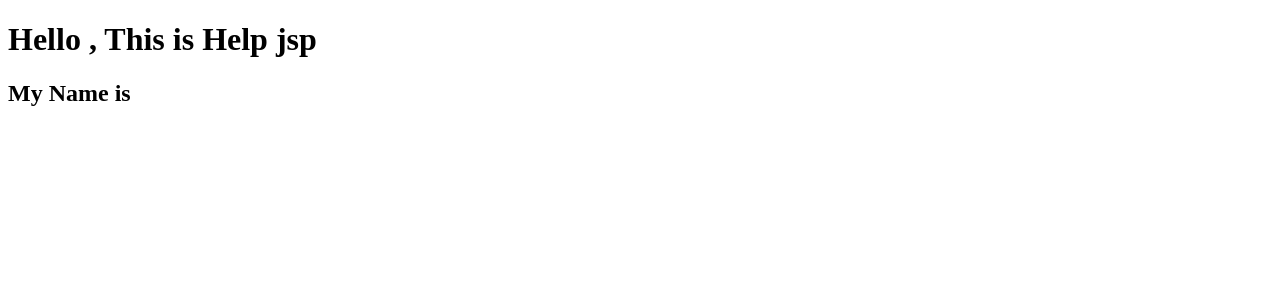
Repository: ashwin2-0/MineEclipseProjects
Page: http://localhost/springMVC/help
An editor plug-in stored every save of this project. The page is shown before and after the next save, followed by the edit.
The browser window is 1280 px wide. The pictures show the whole page.
The page is served by Tomcat 9. Other server files are loaded and not shown.

Above is the page before, as saved 2025-04-10 18:52:31.

### Spring_Core/SpringMVC/springMVC/src/main/webapp/WEB-INF/spring-servlet.xml
<?xml version="1.0" encoding="UTF-8"?>
<beans xmlns="http://www.springframework.org/schema/beans"
	xmlns:xsi="http://www.w3.org/2001/XMLSchema-instance"
	xmlns:p="http://www.springframework.org/schema/p"
	xmlns:context="http://www.springframework.org/schema/context"
	xsi:schemaLocation="
           http://www.springframework.org/schema/beans
           https://www.springframework.org/schema/beans/spring-beans.xsd
           http://www.springframework.org/schema/context
           https://www.springframework.org/schema/context/spring-context.xsd">

	<context:component-scan
		base-package="springMVC.controller"></context:component-scan>
	<bean
		class="org.springframework.web.servlet.view.InternalResourceViewResolver"
		name="viewResolver">
		<property name="prefix" value="/WEB-INF/views/"></property>
		<property name="suffix" value=".jsp"></property>
	</bean>
</beans>

### Spring_Core/SpringMVC/springMVC/src/main/webapp/WEB-INF/views/help.jsp
<%@ page language="java" contentType="text/html; charset=UTF-8"
	pageEncoding="UTF-8"%>
<!DOCTYPE html>
<html>
<head>
<meta charset="UTF-8">
<title>Insert title here</title>
</head>
<body>
	<%
	String name =(String) request.getAttribute("name");
	Integer collection = (Integer) request.getAttribute("collection");
	String  timeNow = (String) request.getAttribute("time");


%>
	<h1>Hello , This is Help jsp</h1>
	<h2>My Name is</h2>
</body>
</html>

### Spring_Core/SpringMVC/springMVC/src/main/java/springMVC/controller/HomeController.java
package springMVC.controller;

import java.time.LocalDateTime;
import java.util.Arrays;
import java.util.List;

import org.springframework.stereotype.Controller;
import org.springframework.ui.Model;
import org.springframework.web.bind.annotation.RequestMapping;
import org.springframework.web.servlet.ModelAndView;

@Controller
public class HomeController {
	@RequestMapping("/home")
	public String home(Model model) {
		System.out.println("from homeController inside home method");
		model.addAttribute("name", "Durgesh Tiwar");
		model.addAttribute("sname", "Aniket Kumar Joshis");
		List<String> sub = Arrays.asList("Java,Spring Boot, JSP , Jquery ,MySQL");
		model.addAttribute("subjects", sub);
		String page = "index";
		return page;
	}

	@RequestMapping("/about")
	public String about() {
		System.out.println("from homeController inside About  method");
		String page = "about";
		return page;
	}

	// writing to show the demo of model and view
	@RequestMapping("/help")
	public ModelAndView help() {

		ModelAndView modelAndView = new ModelAndView();
		modelAndView.addObject("Name :", "Die With You");
		modelAndView.addObject("collection", 2000);
		LocalDateTime time = LocalDateTime.now();
		String t = time.toString();
		modelAndView.addObject("time", t);

		return modelAndView;

	}
}

After the next save:
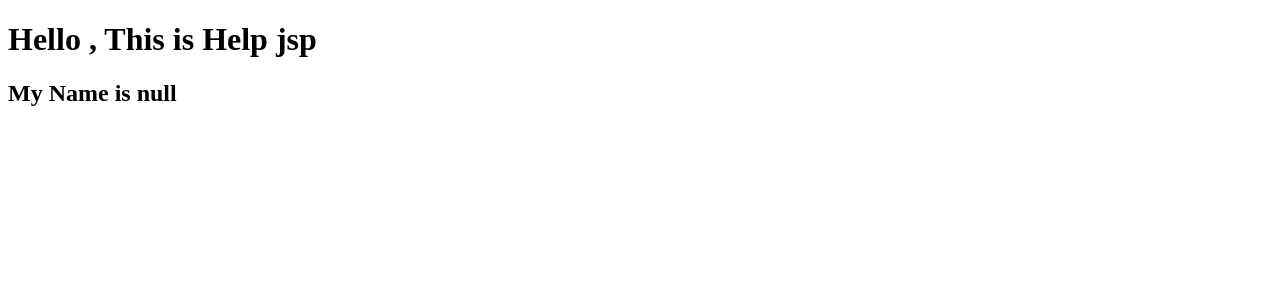
Saved 11 s later.
--- a/Spring_Core/SpringMVC/springMVC/src/main/webapp/WEB-INF/views/help.jsp
+++ b/Spring_Core/SpringMVC/springMVC/src/main/webapp/WEB-INF/views/help.jsp
@@ -15,6 +15,6 @@
 
 %>
 	<h1>Hello , This is Help jsp</h1>
-	<h2>My Name is</h2>
+	<h2>My Name is <%=name %></h2>
 </body>
 </html>
